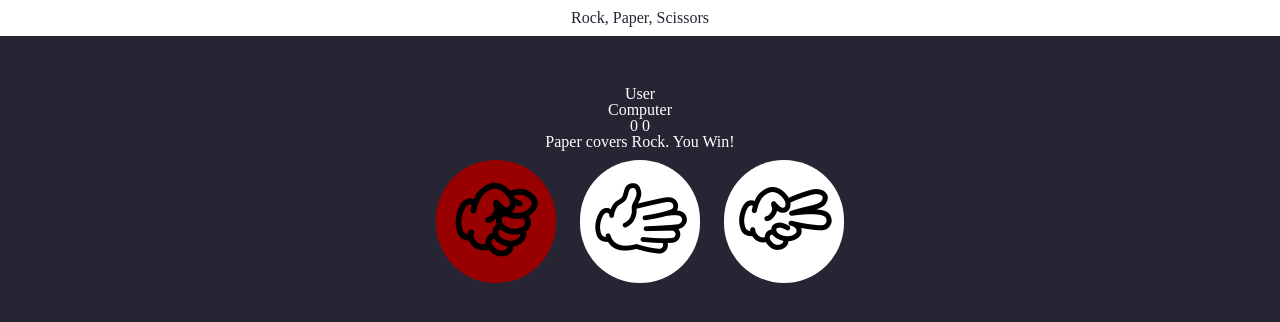
Repository: AndersonGuilherme/rock-paper-scissor-game-javascript
Page: index.html
These files come from the project's save history. The page is drawn as it stood at one moment and after the next save; the edit follows.
The browser window is 1280 px wide. The pictures show the whole page.
The pointer rests on the first visible `.choice`.

Above is the page before, as saved 2019-01-12 23:05:22.

After the next save:
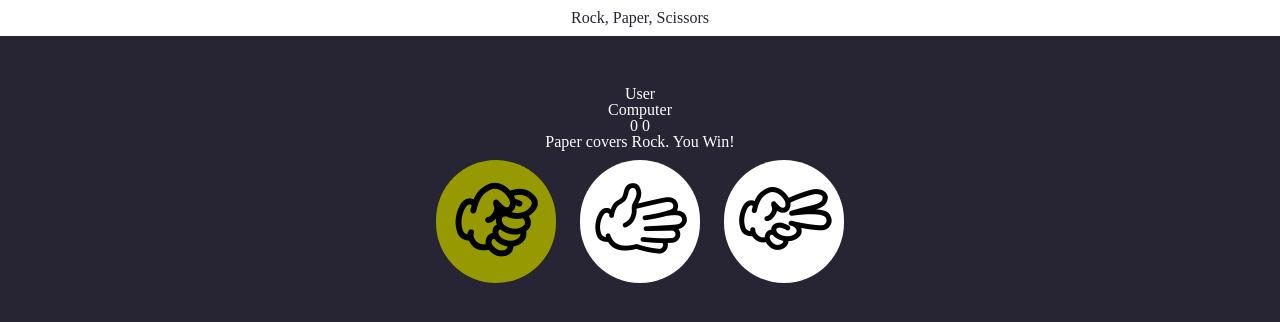
Saved 103 s later.
--- a/src/public/css/style.css
+++ b/src/public/css/style.css
@@ -35,5 +35,5 @@ body{
 }
 
 .choice:hover{
-    background-color: #900;
+    background-color: rgb(150, 153, 0);
 }
